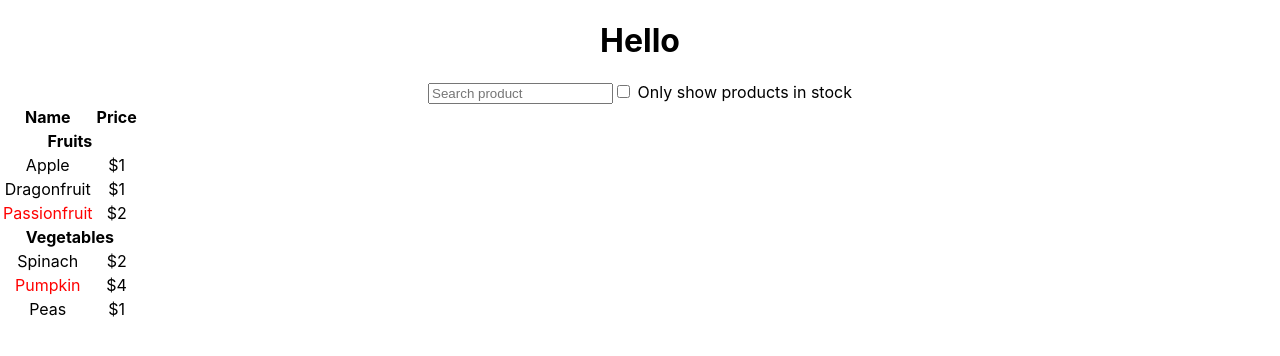
Repository: rezapurnamaa/product-category
Page: /
These files come from the project's save history. The page is drawn as it stood at one moment and after the next save; the edit follows.
The browser window is 1280 px wide. The pictures show the whole page.
The project was rebuilt for these pictures with package versions that can differ from the ones it lists, and the page was loaded fresh each time.

Above is the page before, as saved 2023-06-23 01:31:24.

### src/App.js
import "./App.css";

const PRODUCTS = [
  { category: "Fruits", price: "$1", stocked: true, name: "Apple" },
  { category: "Fruits", price: "$1", stocked: true, name: "Dragonfruit" },
  { category: "Fruits", price: "$2", stocked: false, name: "Passionfruit" },
  { category: "Vegetables", price: "$2", stocked: true, name: "Spinach" },
  { category: "Vegetables", price: "$4", stocked: false, name: "Pumpkin" },
  { category: "Vegetables", price: "$1", stocked: true, name: "Peas" },
];

function App() {
  return (
    <div className="App">
      <h1>Hello</h1>
      <FilterableProductTable products={PRODUCTS} />
    </div>
  );
}

export default App;

function ProductTable({ products }) {
  const rows = [];
  let lastCategory = null;

  products.forEach((product) => {
    if (product.category !== lastCategory) {
      rows.push(
        <ProductCategoryRow
          key={product.category}
          category={product.category}
        />
      );
    }

    rows.push(<ProductRow product={product} key={product.name} />);
    lastCategory = product.category;
  });

  return (
    <>
      <table>
        <thead>
          <tr>
            <th>Name</th>
            <th>Price</th>
          </tr>
        </thead>
        <tbody>{rows}</tbody>
      </table>
      <ProductCategoryRow />
    </>
  );
}

function ProductCategoryRow({ category }) {
  return (
    <>
      <tr>
        <th colSpan="2">{category}</th>
      </tr>
    </>
  );
}

function ProductRow({ product }) {
  const name = product.stocked ? (
    product.name
  ) : (
    <span style={{ color: "red" }}>{product.name}</span>
  );
  return (
    <tr>
      <td>{name}</td>
      <td>{product.price}</td>
    </tr>
  );
}

function SearchBar() {
  return (
    <form>
      <input type="text" placeholder="Search product" />
      <label>
        <input type="checkbox" /> Only show products in stock
      </label>
    </form>
  );
}

function FilterableProductTable({ products }) {
  return (
    <div>
      <SearchBar />
      <ProductTable products={products} />
    </div>
  );
}

Loaded but not shown: public/index.html (common file); src/index.js (common file); src/index.css (common file); src/reportWebVitals.js (common file); src/App.css (common file)

After the next save:
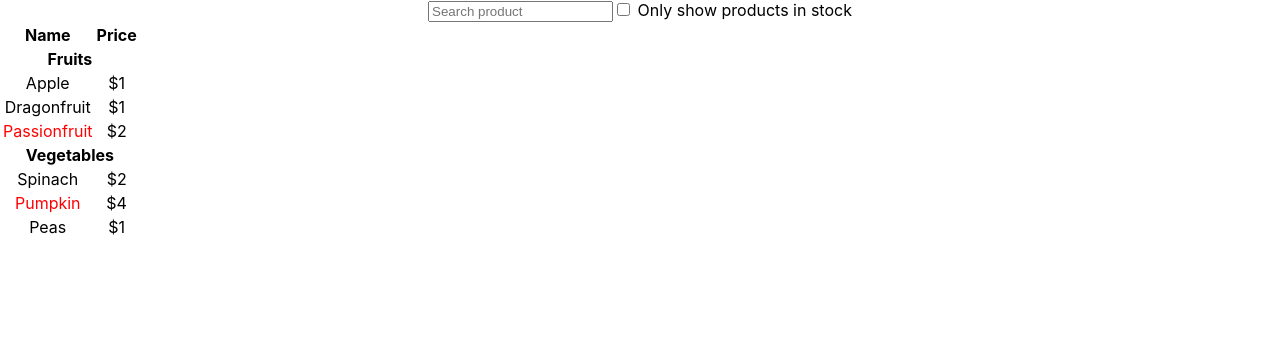
Saved 17 s later.
--- a/src/App.js
+++ b/src/App.js
@@ -12,7 +12,6 @@ const PRODUCTS = [
 function App() {
   return (
     <div className="App">
-      <h1>Hello</h1>
       <FilterableProductTable products={PRODUCTS} />
     </div>
   );
